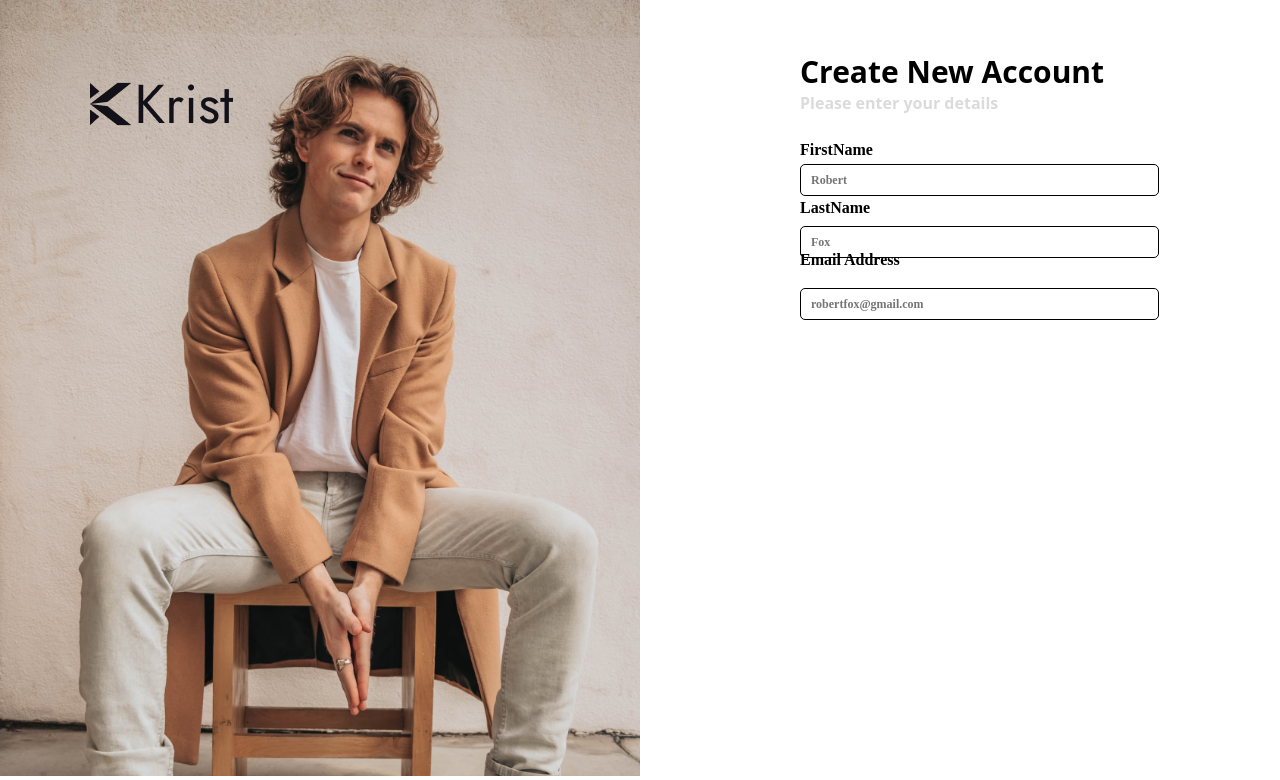
Repository: isaacCodes1/Krist-Website
Page: new-account.html
These files come from the project's save history. The page is drawn as it stood at one moment and after a run of saves; the edit follows.
The browser window is 1280 px wide. The pictures show the whole page.

Above is the page before, as saved 2024-04-10 14:10:15.

After the next 2 saves:
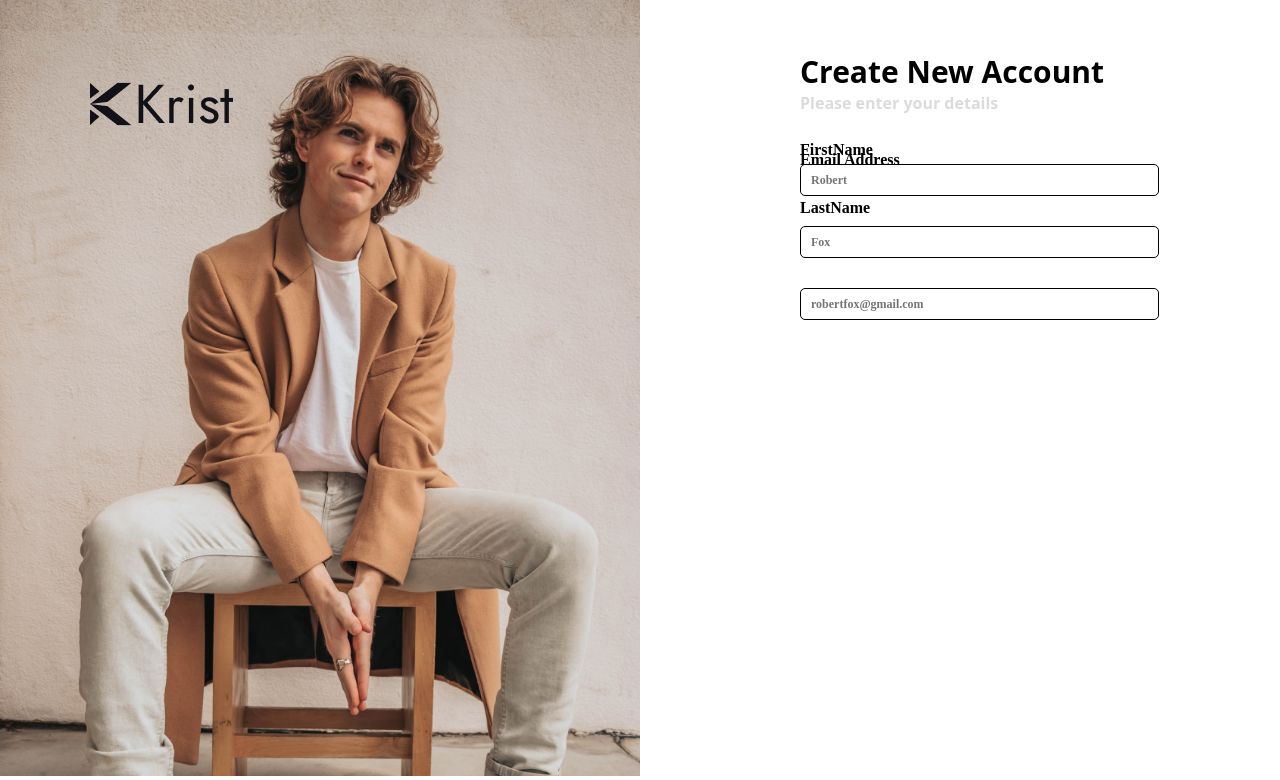
The 2 saves are shown as one change because they came seconds apart.
The last was saved 12 s later.
--- a/style.css
+++ b/style.css
@@ -535,5 +535,5 @@
 }
 .email{
   position: absolute;
-  top: 200px;
-}
+  top: 100px;
+}

After the save that followed:
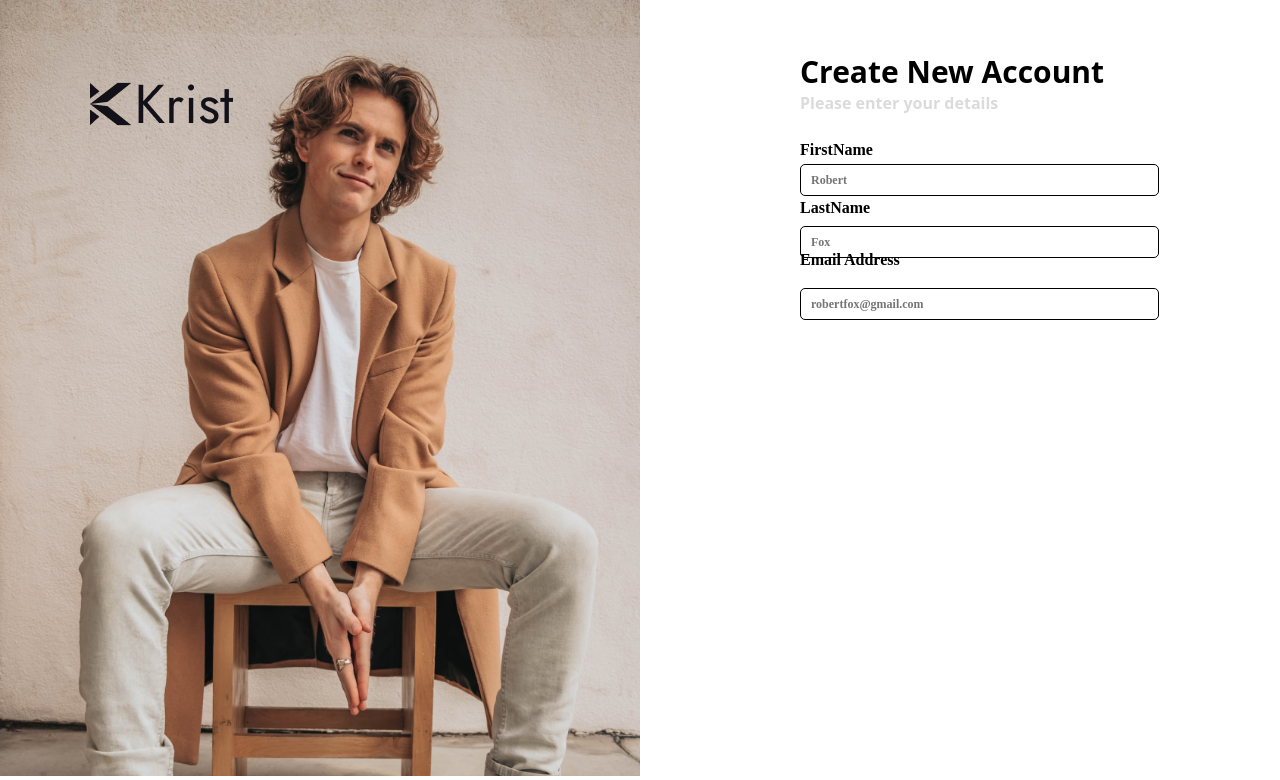
Saved 10 s later.
--- a/style.css
+++ b/style.css
@@ -535,5 +535,5 @@
 }
 .email{
   position: absolute;
-  top: 100px;
-}
+  top: 200px;
+}
